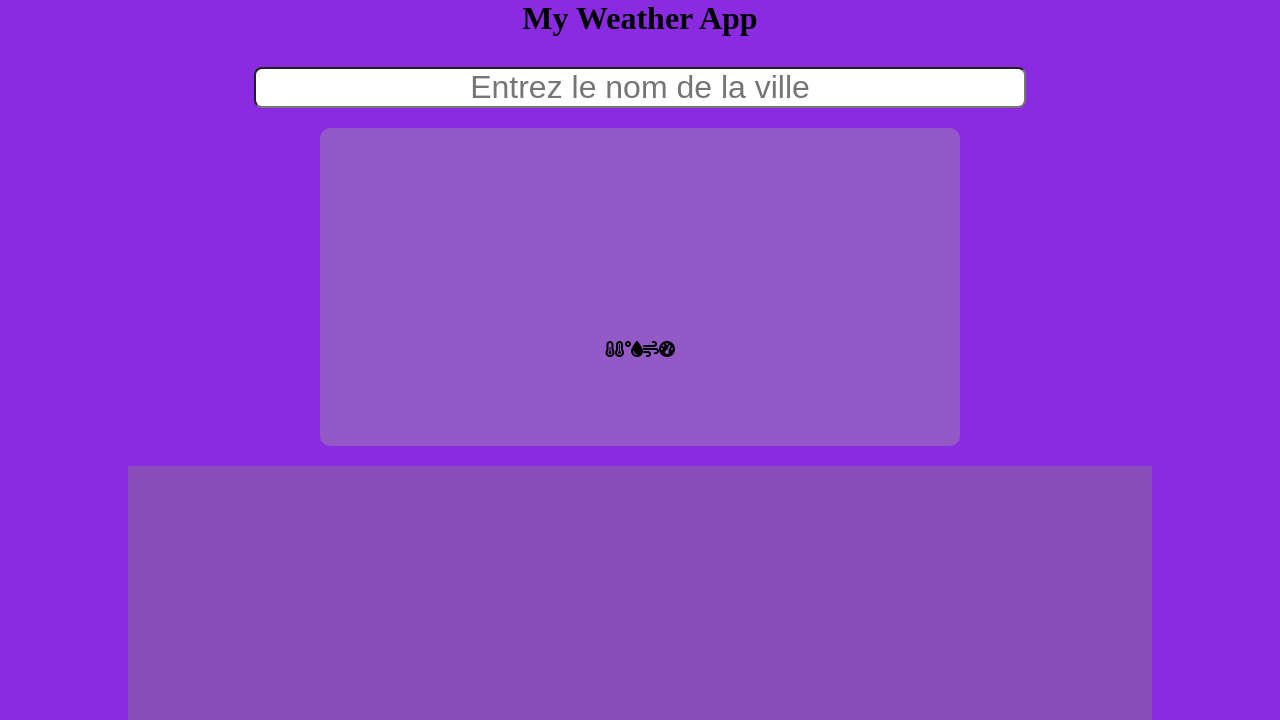
Repository: JeffnyAugustin/MyWeatherApp
Page: index.html
These files come from the project's save history. The page is drawn as it stood at one moment and after the next save; the edit follows.
The browser window is 1280 px wide. The pictures show the whole page.

Above is the page before, as saved 2023-11-14 19:19:25.
Console error: ReferenceError: jQuery is not defined

### index.html
<!DOCTYPE html>
<html lang="fr">

<head>
    <meta charset="UTF-8">
    <meta http-equiv="X-UA-Compatible" content="IE=edge">
    <meta name="viewport" content="width=device-width, initial-scale=1.0">
    <link rel="stylesheet" href="https://cdnjs.cloudflare.com/ajax/libs/font-awesome/6.4.0/css/all.min.css"
        integrity="sha512-iecdLmaskl7CVkqkXNQ/ZH/XLlvWZOJyj7Yy7tcenmpD1ypASozpmT/E0iPtmFIB46ZmdtAc9eNBvH0H/ZpiBw=="
        crossorigin="anonymous" referrerpolicy="no-referrer" />
     <!-- Ajoutez le script de Slick Carousel -->
     <script type="text/javascript" src="https://cdn.jsdelivr.net/npm/slick-carousel@1.8.1/slick/slick.min.js"></script>

    <link rel="stylesheet" href="/css/style.css">
    <title>My Weather App</title>
</head>

<body>



    <div id="container"></div>

    <script src="/js/script.js"></script>
</body>

</html>

### css/style.css
* {
    padding : 0;
    margin: 0;
}

body {
display: flex;
justify-content: center;
}

#container {
    background-color: blueviolet;
    height: 100vh;
    width: 100vw;
    display: flex;
    flex-direction: column;
    align-items: center;
    justify-content: space-around;
    gap: 20px;

}

#searchBox {
    text-align: center;
    width: 60%;
    height: 40px;
    border-radius: 8px;
    margin-top: 10px;
    font-size: 2rem;
}


#allTogether {
    width: 50VW;
    height: 50VH;
    display: flex;
    flex-direction: column;
    justify-content: space-evenly;
    align-items: center;
    background-color: rgb(158 158 158 / 40%);
    border-radius: 10px;
}

div#meteoElement {
    display: flex;
    flex-direction: row;
    justify-content: space-around;
    flex-wrap: wrap;
}

div#cityElement {
    display: flex;
    flex-direction: row;
    gap: 10px;
    justify-content: center;
}

div#cityDescription {
    display: flex;
    flex-direction: column;
    gap: 20PX;
}

#prevision {
    background-color: rgb(134 126 126 / 41%);
    display: flex;
    flex-direction: row;
    height: 40vh;
    width: 80vw;
    justify-content: center;
    align-items: center;
    gap: 10px;
}

.day-forecast {
    display: flex;
    flex-direction: column;
    height: 20vh;
    width: 20vw;
}


p {
    font-size: 2rem;
    color: white;
}

p.cityName {
    text-align: center;
}

### js/script.js
// Clé D'api
const API_KEY = "b476218e49ef0d0755a713e9ba77f79a";
// Lien vers L'api finissant par une recherche
const API_URL = `https://api.openweathermap.org/data/2.5/forecast?appid=${API_KEY}&units=metric&lang=fr&q=`;


const divContain = document.getElementById("container");
divContain.id = "container";


const titleDiv = document.createElement("div");
titleDiv.className = "title";

// Création H1
const heading = document.createElement('h1');

// Set the text content of the h1 element
heading.textContent = 'My Weather App';



// Création barre de recherche
const inputSearch = document.createElement("input");
inputSearch.id = "searchBox";
inputSearch.type = "text";
inputSearch.placeholder = "Entrez le nom de la ville"; // Ajout du placeholder

// Création de div
const newDiv = document.createElement("div");
newDiv.id = "allTogether";

// Création de div
const forecastDiv = document.createElement("div");
forecastDiv.id = "prevision";




const infoCityDiv = document.createElement("div");
infoCityDiv.id = "cityDescription";


// Création de div oiuyr stocker img + description
const cityImgDiv = document.createElement("div");
cityImgDiv.id = "cityElement";

// Création de div pour afficher les informations météorologiques
const weather = document.createElement("div");
weather.id = "meteoElement";

// Création balise paragraphe pour collecter le nom de la ville
const cityName = document.createElement("p");
cityName.className = "cityName";

// Création de div pour afficher la température
const temperatureDiv = document.createElement("div");
temperatureDiv.className = "temperature-container";

// Création balise paragraphe
const temperature = document.createElement("p");
temperature.className = "temps";

// Création de div pour afficher le temps ressenti
const feelsLikeDiv = document.createElement("div");
feelsLikeDiv.className = "feels-like-container";

// Création balise paragraphe pour la sensation thermique
const feelsLike = document.createElement("p");
feelsLike.className = "feels-like";

// Création de div pour afficher l'humidité
const humidityDiv = document.createElement("div");
humidityDiv.className = "humidity-container";

// Création de balise paragraphe pour l'humidité
const humidity = document.createElement("p");
humidity.className = "humidity";

// Création de div pour afficher le vent
const windDiv = document.createElement("div");
windDiv.className = "wind-container";

// Création de balise wind
const DataWind = document.createElement("p");
DataWind.className = "wind";



// Création de div pour l'humidité
const pressureDiv = document.createElement("div");
pressureDiv.className = "pressure-container";

// Création de balise paragraphe pour la pression atmosphérique
const pressure = document.createElement("p");
pressure.className = "pressure";

// Création de div pour afficher la description
const descriptionDiv = document.createElement("div");
descriptionDiv.className = "description-container";

// Création de balise paragraphe pour la description
const description = document.createElement("p");
description.className = "description";



// Création balise image
const image = document.createElement("img");

// Création balise icône pour la température
const temperatureIcon = document.createElement("i");
temperatureIcon.className = "fas fa-thermometer-half";

// Création balise icône pour la sensation thermique
const feelsLikeIcon = document.createElement("i");
feelsLikeIcon.className = "fas fa-temperature-high";

// Création balise icône pour l'humidité
const humidityIcon = document.createElement("i");
humidityIcon.className = "fas fa-tint";

// Création balise icône pour le vent
const windIcon = document.createElement("i");
windIcon.className = "fas fa-wind";

// Création balise icône pour la pression
const pressureIcon = document.createElement("i");
pressureIcon.className = "fas fa-tachometer-alt";



temperatureDiv.append(temperatureIcon, temperature); // ajout de l'icône

feelsLikeDiv.append(feelsLikeIcon, feelsLike); // ajout de l'icône

humidityDiv.append(humidityIcon, humidity); // ajout de l'icône

windDiv.append(windIcon, DataWind); // ajout de l'icône

pressureDiv.append(pressureIcon, pressure)

descriptionDiv.appendChild( description); // ajout de l'icône




// Function to format the date and time
function formatDateTime() {
    const currentDate = new Date();
    const options = { weekday: 'long', year: 'numeric', month: 'long', day: 'numeric', hour: 'numeric', minute: 'numeric'};
    return currentDate.toLocaleDateString('fr-FR', options);
}

// Create a div to display the date and time
    const dateTimeDiv = document.createElement("div");
    dateTimeDiv.id = "dateTime";
    infoCityDiv.appendChild(dateTimeDiv);

function checkWeather(city) {
    fetch(API_URL + city)
        .then(res => {
            if (!res.ok) {
                throw new Error("La ville n'a pas été trouvée");
            }
            return res.json();
        })
        .then(data => {
            cityName.textContent = data.city.name;
            image.src = `http://openweathermap.org/img/w/${data.list[0].weather[0].icon}.png`;

            description.textContent = data.list[0].weather[0].description;
            temperature.innerHTML = ` Température :  ${Math.round(data.list[0].main.temp)}°C `;
            feelsLike.textContent = "Temps Ressenti : " + Math.round(data.list[0].main.feels_like) + "°C";
            humidity.textContent = "humidityIcon : " + data.list[0].main.humidity + "%";
            DataWind.textContent = "Vitesse du vent : " + Math.floor(data.list[0].wind.speed) + " Km/h";
            pressure.textContent = "Pression : " + data.list[0].main.pressure + " hPa";


             // Afficher les prévisions pour les 5 prochains jours
             for (let i = 0; i < data.list.length; i += 8) {
                const dayForecast = document.createElement("div");
                dayForecast.className = "day-forecast";

                const date = new Date(data.list[i].dt * 1000);
                const dayName = new Intl.DateTimeFormat('fr-FR', { weekday: 'long' }).format(date);

                const dayNameElement = document.createElement("p");
                dayNameElement.textContent = dayName;

                const iconElement = document.createElement("img");
                iconElement.src = `http://openweathermap.org/img/w/${data.list[i].weather[0].icon}.png`;

                const descriptionElement = document.createElement("p");
                descriptionElement.textContent = data.list[i].weather[0].description;

                const temperatureElement = document.createElement("p");
                temperatureElement.textContent = `Température : ${Math.round(data.list[i].main.temp)}°C`;

                dayForecast.append(dayNameElement, iconElement, descriptionElement, temperatureElement);
                forecastDiv.appendChild(dayForecast);
             }

               // Display the date and time
               dateTimeDiv.textContent = "Date du jour : " + formatDateTime();

        })
        .catch(error => {
            console.error("Erreur de requête :", error.message);
            // Ajoutez ici un traitement pour informer l'utilisateur de l'erreur
        });
}

inputSearch.addEventListener("change", () => {
    checkWeather(inputSearch.value);
});


weather.append(temperatureDiv, feelsLikeDiv, humidityDiv, windDiv, pressureDiv); // ajout des éléments Weather
newDiv.append(infoCityDiv, weather); // ajout du conteneur Weather à newDiv
infoCityDiv.append(cityName, cityImgDiv)
cityImgDiv.append(image, descriptionDiv)
titleDiv.appendChild(heading)
divContain.append(titleDiv, inputSearch, newDiv, forecastDiv); // ajout de tous les éléments à divContain
document.body.appendChild(divContain);



// Mise à jour des informations météorologiques toutes les 5 minutes
setInterval(function () {
    // Ici, mettre à jour les informations de la météo à l'aide de l'API ou d'autres sources
    // Vous pouvez appeler la fonction checkWeather avec la dernière ville recherchée
    checkWeather(inputSearch.value);
}, 5 * 60 * 1000);

After the next save:
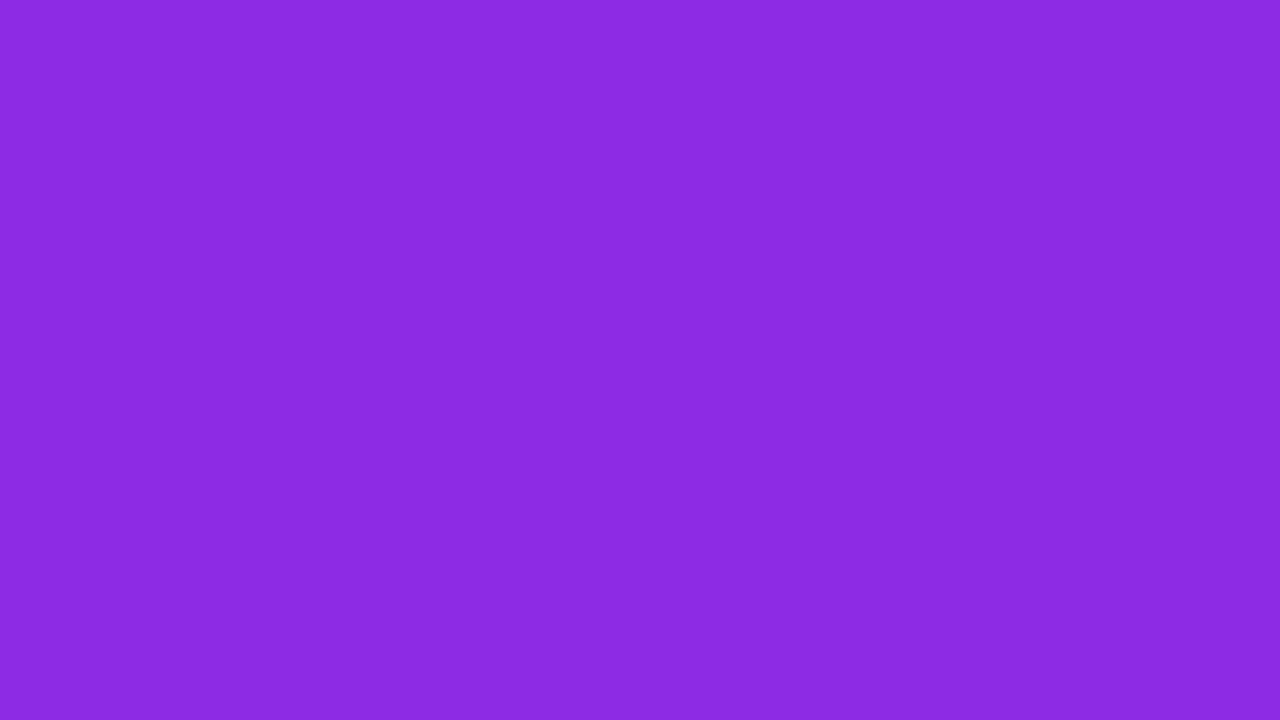
Saved 60 s later.
--- a/js/script.js
+++ b/js/script.js
@@ -231,3 +231,16 @@ setInterval(function () {
     // Vous pouvez appeler la fonction checkWeather avec la dernière ville recherchée
     checkWeather(inputSearch.value);
 }, 5 * 60 * 1000);
+
+<script>
+// Initialisez le carrousel après avoir ajouté les prévisions
+$(document).ready(function(){
+    $('.prevision').slick({
+        // Les options de configuration du carrousel vont ici
+        slidesToShow: 3,
+        slidesToScroll: 1,
+        autoplay: true,
+        autoplaySpeed: 5000
+    });
+});
+</script>

After the save that followed:
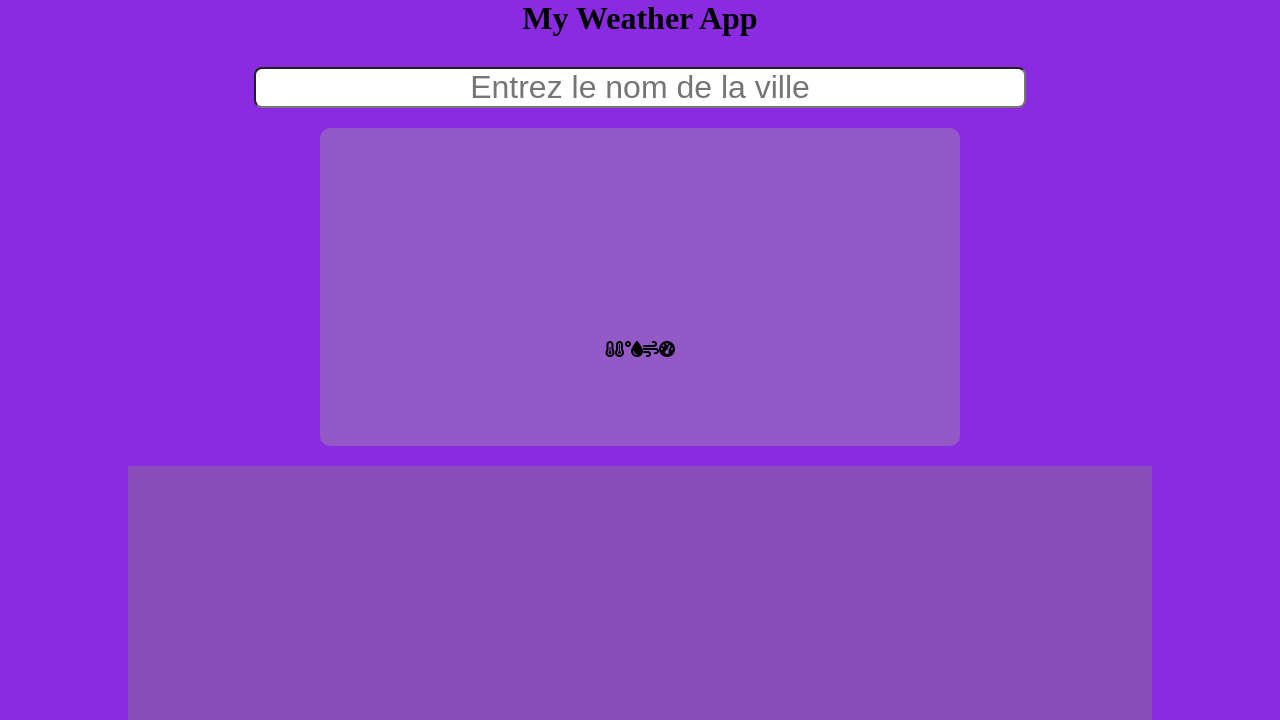
Saved 15 s later.
--- a/js/script.js
+++ b/js/script.js
@@ -231,16 +231,3 @@ setInterval(function () {
     // Vous pouvez appeler la fonction checkWeather avec la dernière ville recherchée
     checkWeather(inputSearch.value);
 }, 5 * 60 * 1000);
-
-<script>
-// Initialisez le carrousel après avoir ajouté les prévisions
-$(document).ready(function(){
-    $('.prevision').slick({
-        // Les options de configuration du carrousel vont ici
-        slidesToShow: 3,
-        slidesToScroll: 1,
-        autoplay: true,
-        autoplaySpeed: 5000
-    });
-});
-</script>
